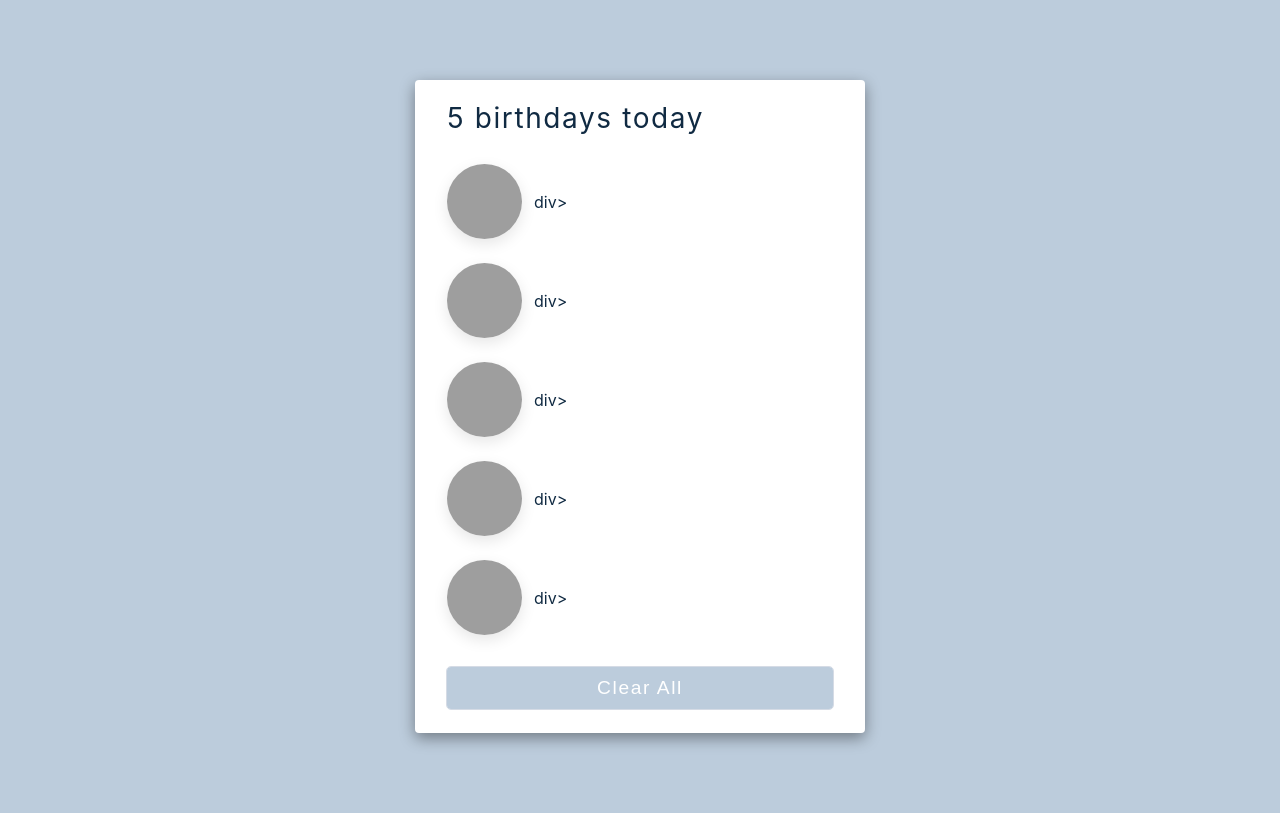
Repository: smit1298/Birthday-Reminder
Page: /
The author's editor kept a copy of each file at every save. The page is drawn from the files as they stood at one save, then again after a run of saves.
The browser window is 1280 px wide. The pictures show the whole page.
Pictures or frames that could not be fetched are drawn as grey boxes. The project was rebuilt for these pictures with package versions that can differ from the ones it lists, and the page was loaded fresh each time.

Above is the page before, as saved 2022-05-15 23:54:31.

After the next 5 saves:
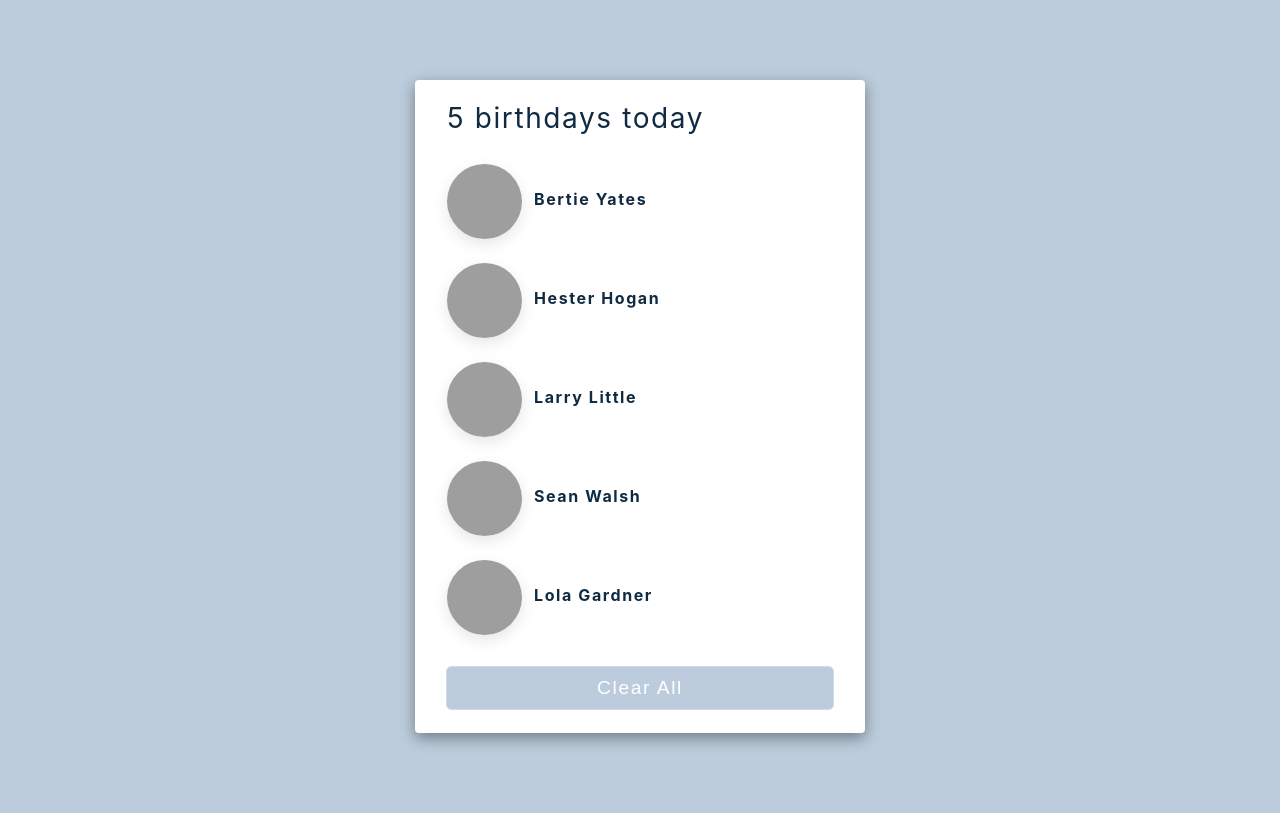
The 5 saves are shown as one change because 1 did not build or start and some came seconds apart.
The last was saved 20 s later.
--- a/src/List.js
+++ b/src/List.js
@@ -7,7 +7,9 @@ const List = ({ people }) => {
         const { id, name, age, image } = person;
         return <article key={id} className="person">
           <img src={image} alt={name} />
-          div>
+          <div>
+            <h4>{name}</h4>
+          </div>
         </article>;
       })}
     </>
